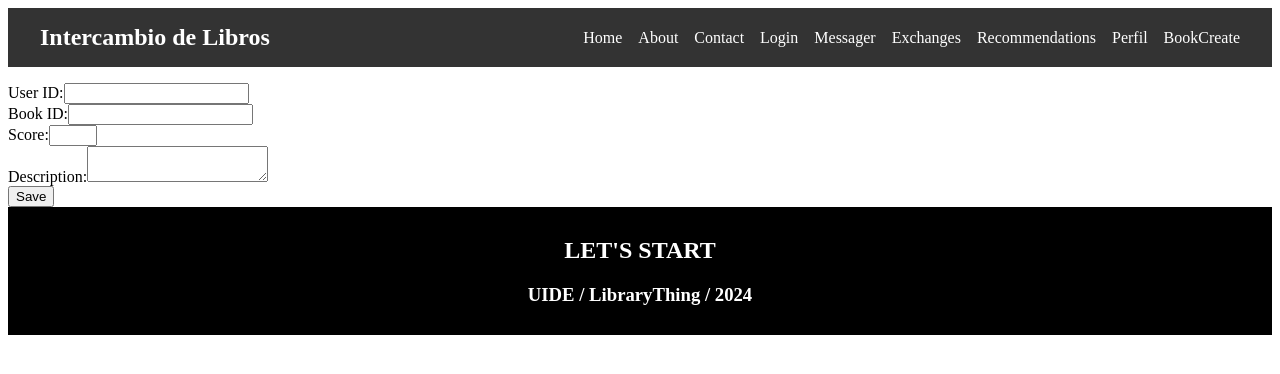
Repository: nicoleabaddd/frontend_rsLibros
Page: /recommendations
The author's editor kept a copy of each file at every save. The page is drawn from the files as they stood at one save, then again after the next save.
The browser window is 1280 px wide. The pictures show the whole page.
The project was rebuilt for these pictures with package versions that can differ from the ones it lists, and the page was loaded fresh each time. Also part of the build but not shown: src/pages/Home.js, src/pages/About.js, src/pages/Contact.js, src/pages/NoPage.js, src/pages/Login.js, src/pages/Exchanges.js, src/pages/Messager.js, src/pages/ButtonHome.js and 3 more.

Above is the page before, as saved 2024-08-21 14:44:38.

After the next save:
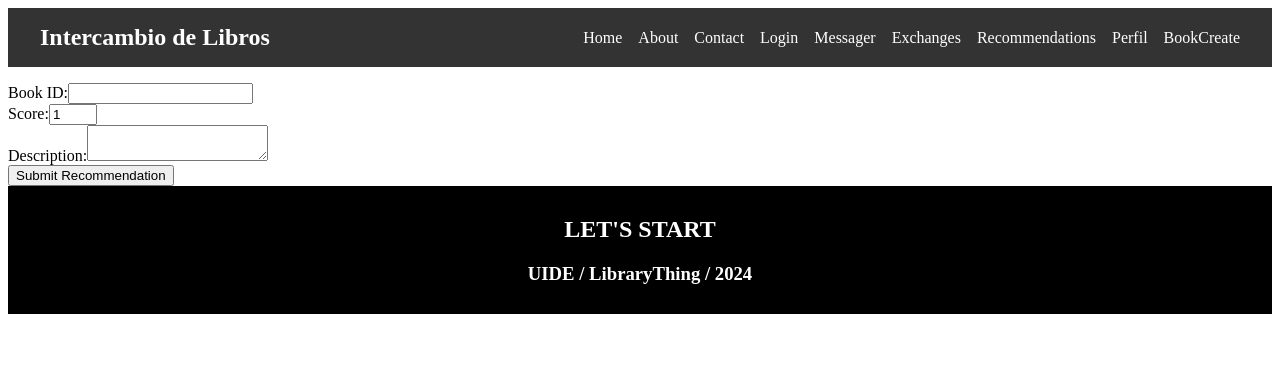
Saved 16 min 36 s later.
--- a/src/pages/Recommendations.js
+++ b/src/pages/Recommendations.js
@@ -1,44 +1,24 @@
 import React, { useState } from 'react';
 
-const RecommendationForm = ({ recommendation, onSave }) => {
-  const [formData, setFormData] = useState({
-    user: recommendation ? recommendation.user._id : '',
-    book: recommendation ? recommendation.book._id : '',
-    score: recommendation ? recommendation.score : '',
-    description: recommendation ? recommendation.description : '',
-  });
-
-  const handleChange = (e) => {
-    setFormData({
-      ...formData,
-      [e.target.name]: e.target.value,
-    });
-  };
+function RecommendationForm({ onSubmit }) {
+  const [book, setBook] = useState('');
+  const [score, setScore] = useState(1);
+  const [description, setDescription] = useState('');
 
   const handleSubmit = (e) => {
     e.preventDefault();
-    onSave(formData);
+    const recommendation = { book, score, description };
+    onSubmit(recommendation); // Enviar solo los datos necesarios
   };
 
   return (
     <form onSubmit={handleSubmit}>
       <div>
-        <label>User ID:</label>
-        <input
-          type="text"
-          name="user"
-          value={formData.user}
-          onChange={handleChange}
-          required
-        />
-      </div>
-      <div>
         <label>Book ID:</label>
         <input
           type="text"
-          name="book"
-          value={formData.book}
-          onChange={handleChange}
+          value={book}
+          onChange={(e) => setBook(e.target.value)}
           required
         />
       </div>
@@ -46,9 +26,8 @@ const RecommendationForm = ({ recommendation, onSave }) => {
         <label>Score:</label>
         <input
           type="number"
-          name="score"
-          value={formData.score}
-          onChange={handleChange}
+          value={score}
+          onChange={(e) => setScore(e.target.value)}
           min="1"
           max="5"
           required
@@ -57,14 +36,13 @@ const RecommendationForm = ({ recommendation, onSave }) => {
       <div>
         <label>Description:</label>
         <textarea
-          name="description"
-          value={formData.description}
-          onChange={handleChange}
+          value={description}
+          onChange={(e) => setDescription(e.target.value)}
         />
       </div>
-      <button type="submit">Save</button>
+      <button type="submit">Submit Recommendation</button>
     </form>
   );
-};
+}
 
 export default RecommendationForm;
